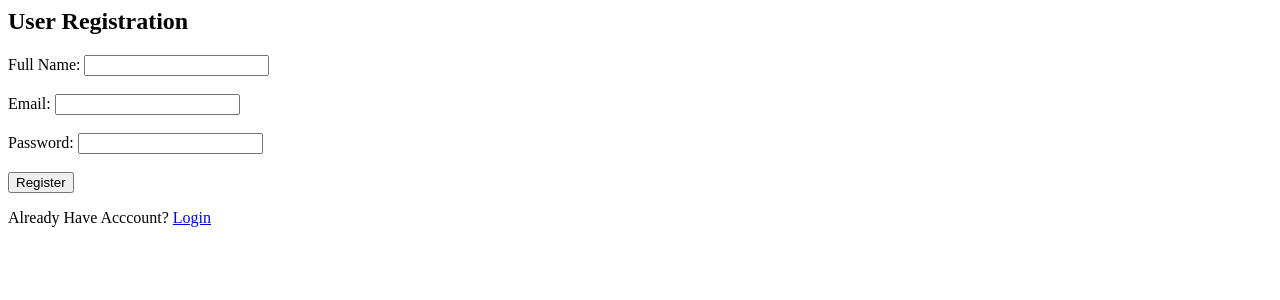
Repository: YUNASTHA/Music-store-management-system
Page: http://localhost/StoreManagementSystem/register
These files come from the project's save history. The page is drawn as it stood at one moment and after the next save; the edit follows.
The browser window is 1280 px wide. The pictures show the whole page.
The page is served by Tomcat 10. Other server files are loaded and not shown.

Above is the page before, as saved 2025-04-18 09:20:18.

### StoreManagementSystem/src/main/webapp/register.jsp
<%@ page contentType="text/html;charset=UTF-8" language="java" %>
<html>
<head>
    <title>Register</title>
</head>
<body>
    <h2>User Registration</h2>
    <form action="register" method="post">
        Full Name: <input type="text" name="name" required><br><br>
        Email: <input type="email" name="email" required><br><br>
        Password: <input type="password" name="password" required><br><br>
        <input type="submit" value="Register">
    </form>

<p class="form-footer">Already Have Acccount? <a href="${pageContext.request.contextPath}/login">Login</a></p>

    <% String message = request.getParameter("message"); if (message != null) { %>
        <p style="color:green;"><%= message %></p>
    <% } %>
</body>
</html>

### StoreManagementSystem/src/main/java/com/store/controller/RegisterServlet.java
package com.store.controller;

import com.store.dao.UserDAO;
import com.store.model.User;
import org.mindrot.jbcrypt.BCrypt;

import jakarta.servlet.ServletException;
import jakarta.servlet.annotation.MultipartConfig;
import jakarta.servlet.annotation.WebServlet;
import jakarta.servlet.http.*;
import java.io.IOException;
import java.io.InputStream;

@WebServlet(name = "RegisterServlet", value = "/register")
@MultipartConfig(maxFileSize = 16177215) // 16MB
public class RegisterServlet extends HttpServlet {
	private static final long serialVersionUID = 1L;

    protected void doGet(HttpServletRequest request, HttpServletResponse response)
        throws ServletException, IOException {
        request.getRequestDispatcher("register.jsp").forward(request, response);
    }

    protected void doPost(HttpServletRequest request, HttpServletResponse response)
        throws ServletException, IOException {

        request.setCharacterEncoding("UTF-8");

        // Get form data
        String fullName = request.getParameter("name");
        String email = request.getParameter("email");
        String plainPassword = request.getParameter("password");
        String phoneNumber = request.getParameter("phone");
        String address = request.getParameter("address");

        // File upload
        Part filePart = request.getPart("profilePicture");
        InputStream inputStream = null;
        if (filePart != null && filePart.getSize() > 0) {
            inputStream = filePart.getInputStream();
        }

        // Convert InputStream to byte[]
        byte[] profilePicture = null;
        if (inputStream != null) {
            profilePicture = inputStream.readAllBytes();
        }

        // Hash password
        String hashedPassword = BCrypt.hashpw(plainPassword, BCrypt.gensalt());

        // Create User object
        User user = new User(fullName, email, hashedPassword, phoneNumber, address, profilePicture, 1); // role_id = 1

        // Register user
        UserDAO userDAO = new UserDAO();
        boolean isRegistered = userDAO.registerUser(user);

        if (isRegistered) {
            response.sendRedirect("register.jsp?message=Registration successful!");
        } else {
            response.sendRedirect("register.jsp?message=Registration failed.");
        }
    }
}

After the next save:
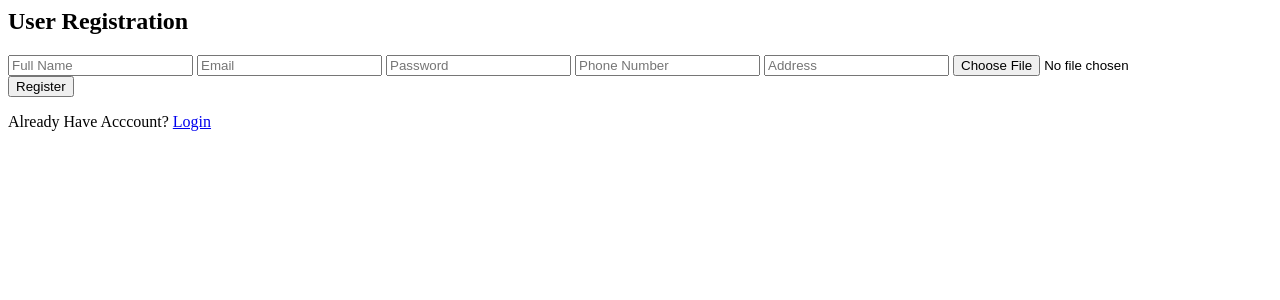
Saved 19 s later.
--- a/StoreManagementSystem/src/main/webapp/register.jsp
+++ b/StoreManagementSystem/src/main/webapp/register.jsp
@@ -5,12 +5,16 @@
 </head>
 <body>
     <h2>User Registration</h2>
-    <form action="register" method="post">
-        Full Name: <input type="text" name="name" required><br><br>
-        Email: <input type="email" name="email" required><br><br>
-        Password: <input type="password" name="password" required><br><br>
-        <input type="submit" value="Register">
-    </form>
+    <form action="register" method="post" enctype="multipart/form-data">
+    <input type="text" name="name" placeholder="Full Name" required />
+    <input type="email" name="email" placeholder="Email" required />
+    <input type="password" name="password" placeholder="Password" required />
+    <input type="text" name="phone" placeholder="Phone Number" />
+    <input type="text" name="address" placeholder="Address" />
+    <input type="file" name="profilePicture" />
+    <button type="submit">Register</button>
+</form>
+
 
 <p class="form-footer">Already Have Acccount? <a href="${pageContext.request.contextPath}/login">Login</a></p>
 
